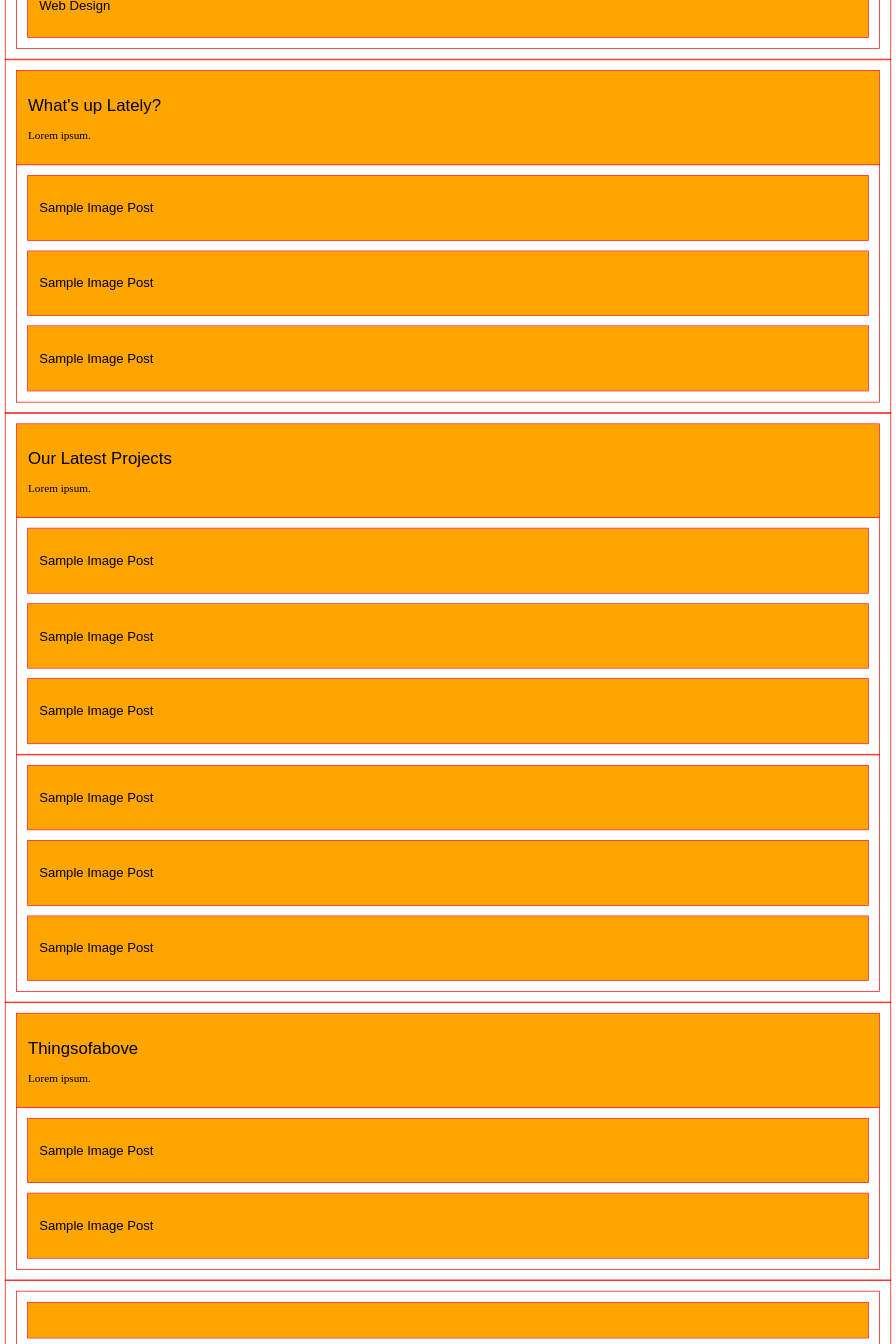
Repository: pjiang604/mdia2003-lab03b
Page: index.html
The author's editor kept a copy of each file at every save. The page is drawn from the files as they stood at one save, then again after the next save.
The browser window is 1280 px wide. The pictures show the part of the page from y = 680 to 2600 px (the page is 2895 px tall before and 2680 px after), at 70% of full size.

Above is the page before, as saved 2023-01-24 00:13:34.

### index.html
<!DOCTYPE html>
<html lang="en">

<head>
    <meta charset="UTF-8">
    <meta http-equiv="X-UA-Compatible" content="IE=edge">
    <meta name="viewport" content="width=device-width, initial-scale=1.0">
    <title>Document</title>
    <link rel="stylesheet" href="style.css">
    <link rel="preconnect" href="https://fonts.google.com/specimen/Ubuntu?query=ubuntu">
</head>

<body>
    <nav>
        <img src="" alt="logo" class="logo">
        <a href="/">Home</a>
        <a href="/">Pages</a>
        <a href="/">Blog</a>
        <a href="/">Portfolio</a>
        <a href="/">Email</a>
    </nav>
    <div class="carousel">

    </div>
    <h1>Hey guys! This is the Metrolics theme. It sports a responsive layout with a mobile layout.</h1>
    <div class="topRow">
        <div class="col">
            <h2>Things That We Do</h2>
            <p>Lorem ipsum.</p>
        </div>
        <div class="row m-col-2">
            <div class="col">
                <h3>Web Solutions</h3>
            </div>
            <div class="col">
                <h3>Photography</h3>
            </div>
            <div class="col">
                <h3>Web Development</h3>
            </div>
            <div class="col">
                <h3>Web Design</h3>
            </div>
        </div>
    </div>
    <div class="secondRow">
        <div class="col">
            <h2>What's up Lately?</h2>
            <p>Lorem ipsum.</p>
        </div>
        <div class="row m-col-3 l-col-2">
            <div class="col">
                <h3>Sample Image Post</h3>
            </div>
            <div class="col">
                <h3>Sample Image Post</h3>
            </div>
            <div class="col">
                <h3>Sample Image Post</h3>
            </div>
        </div>
    </div>
    <div class="thirdRow">
        <div class="col">
            <h2>Our Latest Projects</h2>
            <p>Lorem ipsum.</p>
        </div>
        <div class="row m-col-3">
            <div class="col">
                <h3>Sample Image Post</h3>
            </div>
            <div class="col">
                <h3>Sample Image Post</h3>
            </div>
            <div class="col">
                <h3>Sample Image Post</h3>
            </div>
        </div>
        <div class="row m-col-3">
            <div class="col">
                <h3>Sample Image Post</h3>
            </div>
            <div class="col">
                <h3>Sample Image Post</h3>
            </div>
            <div class="col">
                <h3>Sample Image Post</h3>
            </div>
        </div>
    </div>
    <div class="fourthRow">
        <div class="col">
            <h2>Thingsofabove</h2>
            <p>Lorem ipsum.</p>
        </div>
        <div class="row m-col-3">
            <div class="col">
                <h3>Sample Image Post</h3>
            </div>
            <div class="col">
                <h3>Sample Image Post</h3>
            </div>
        </div>
    </div>
    <div class="companies">
        <div class="row m-col-3">
            <div class="col">
                <img src="" alt="">
            </div>
            <div class="col">
                <img src="" alt="">
            </div>
            <div class="col">
                <img src="" alt="">
            </div>
            <div class="col">
                <img src="" alt="">
            </div>
            <div class="col">
                <img src="" alt="">
            </div>
        </div>
    </div>
    <footer>

    </footer>
</body>

</html>

### style.css
div {
    outline: 1px solid red;
    min-height: 1rem;
    padding: 1rem;
}

h1,
h2,
h3,
h4,
h5,
h6 {
    font-family: Ubuntu, sans-serif;
    font-weight:300;
}

.row {
    display:grid;
    row-gap: 1rem;
}

.col {
    position:relative;
    background-color: orange;
}


/** small/mobile version */
@media screen and (max-width:39.9375em) {
    .m-col-2 {
        grid-template-columns: 1fr 1fr;
    }

}

/** medium and up. applicable for both tablet and mobile version */
@media screen and (max-width:40em) {
    .row {
        max-width: 70em;
        column-gap: 1.5rem;
        row-gap: 1.5rem;
        margin: 0 auto;
    }

    .m-col-2 {
        grid-template-columns: 4fr;
    }

    .m-col-3 {
        grid-template-columns: repeat(4fr);
    }
}

/** medium only */
@media screen and (min-width:40em) and (max-width:63.9375em) {

}

/** large only */
@media screen and (min-width:64em) {

}

After the next save:
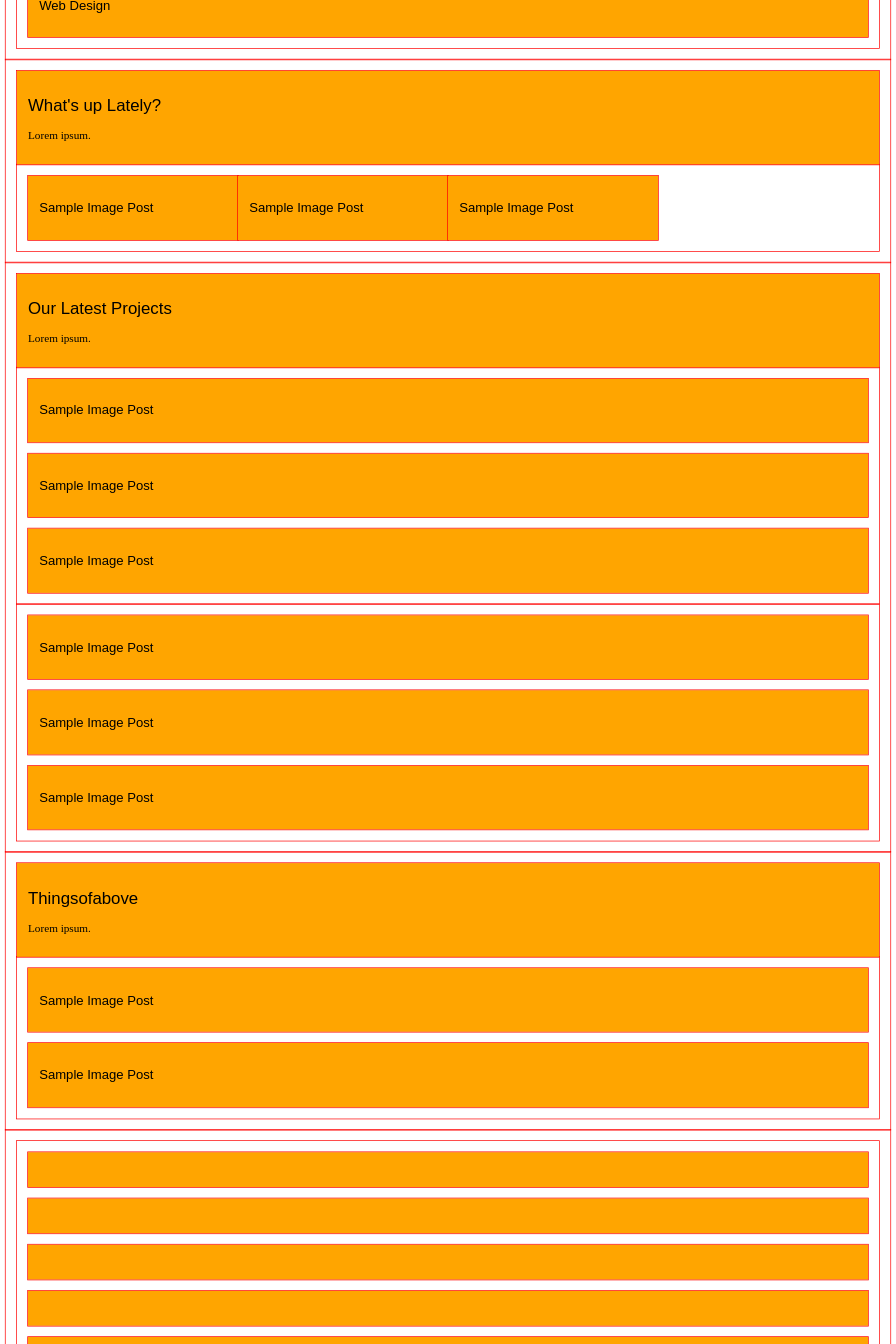
Saved 41 s later.
--- a/style.css
+++ b/style.css
@@ -58,5 +58,7 @@ h6 {
 
 /** large only */
 @media screen and (min-width:64em) {
-
+    .l-col-2 {
+        grid-template-columns: repeat(4, 1fr);
+    }
 }

After the save that followed:
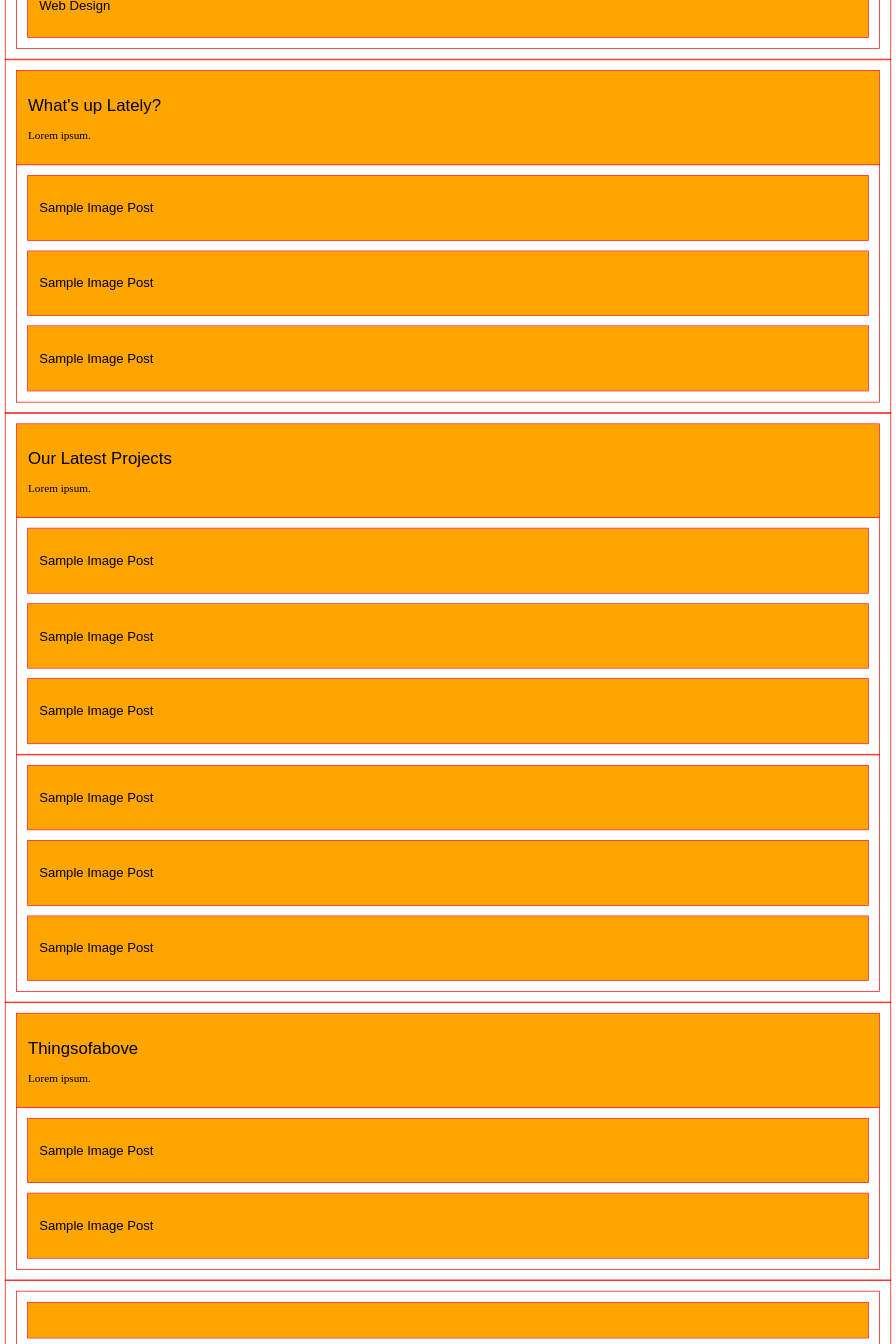
Saved 14 s later.
--- a/index.html
+++ b/index.html
@@ -48,7 +48,7 @@
             <h2>What's up Lately?</h2>
             <p>Lorem ipsum.</p>
         </div>
-        <div class="row m-col-3 l-col-2">
+        <div class="row m-col-3 l-col-3">
             <div class="col">
                 <h3>Sample Image Post</h3>
             </div>
